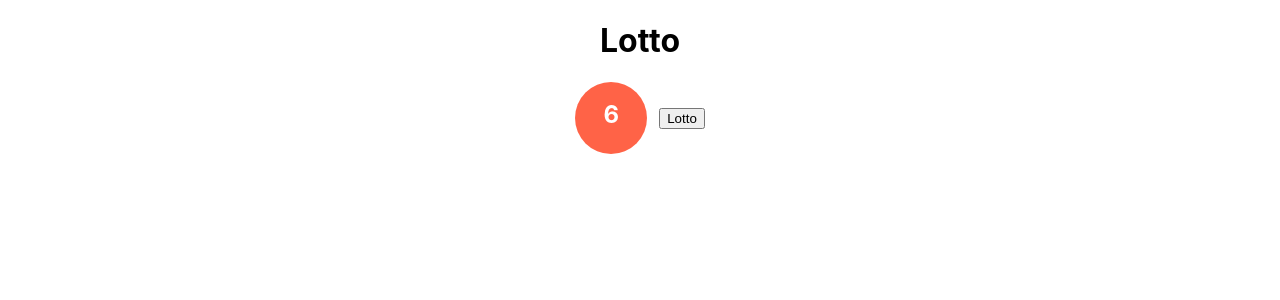
Repository: dung8466/learn-react
Page: / (app in lottery/)
These files come from the project's save history. The page is drawn as it stood at one moment and after the next save; the edit follows.
The browser window is 1280 px wide. The pictures show the whole page.
The project was rebuilt for these pictures with package versions that can differ from the ones it lists, and the page was loaded fresh each time. Also part of the build but not shown: lottery/src/Lotto.css.

Above is the page before, as saved 2022-09-18 20:45:00.

### lottery/src/App.js
import React, {Component} from 'react';
import './App.css';
import Lotto from './Lotto';
class App extends Component{
  render(){
    return (
      <div className="App">
        <Lotto />
      </div>
    );
  }
}

export default App;

### lottery/src/Lotto.js
import React, {Component} from "react";
import './Lotto.css';
import LotteryBall from "./LotteryBall";

class Lotto extends Component{
    static defaultProps = {
        title : 'Lotto',
        numBall : 6,
        maxNum: 99
    }
    constructor(props){
        super(props);
        this.state = {nums : Array.from({length: this.props.numBall}) };
        this.handleClick = this.handleClick.bind(this);
    }
    handleClick(){
        return;
    }
    render(){
        return(
            <div className="lotto">
                <h1>{this.props.title}</h1>
                <LotteryBall nums={6}/>
                <button onClick={this.handleClick}>Lotto</button>
            </div>
        );
    }
}

export default Lotto;

### lottery/src/LotteryBall.js
import React, {Component} from "react";
import './LotteryBall.css';

class LotteryBall extends Component{
    render(){
        return(
            <div className="ball">{this.props.nums}</div>
        );
    }
}

export default LotteryBall;

### lottery/src/LotteryBall.css
.ball{
    display: inline-block;
    background-color: tomato;
    color: white;
    border-radius: 50%;
    width: 3em;
    height: 2.25em;
    text-align: center;
    padding-top: 0.75em;
    margin-right: 0.5em;
    font-weight: bold;
    font-size: 1.5em;
}

Loaded but not shown: lottery/public/index.html (common file); lottery/src/index.js (common file); lottery/src/index.css (common file); lottery/src/reportWebVitals.js (common file); lottery/src/App.css (common file)

After the next save:
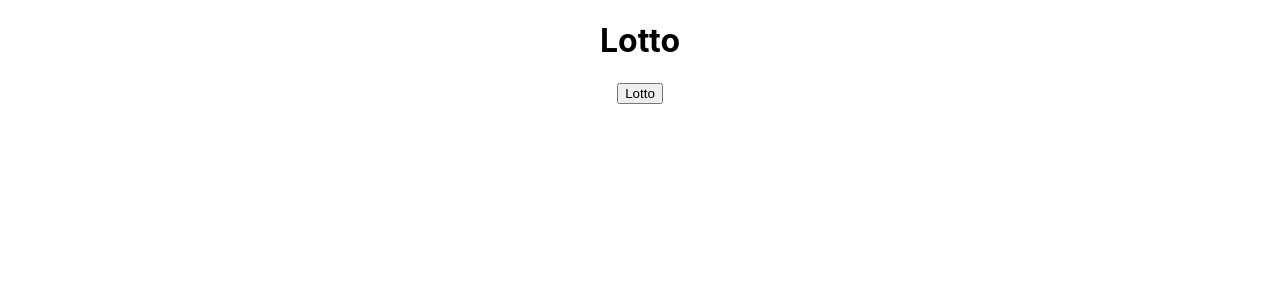
Saved 3 min 40 s later.
--- a/lottery/src/Lotto.js
+++ b/lottery/src/Lotto.js
@@ -20,7 +20,11 @@ class Lotto extends Component{
         return(
             <div className="lotto">
                 <h1>{this.props.title}</h1>
-                <LotteryBall nums={6}/>
+                <div className="ballDisplay">
+                    {this.state.nums.map(b => {
+                        <LotteryBall nums={b}/>
+                    })}
+                </div>
                 <button onClick={this.handleClick}>Lotto</button>
             </div>
         );
